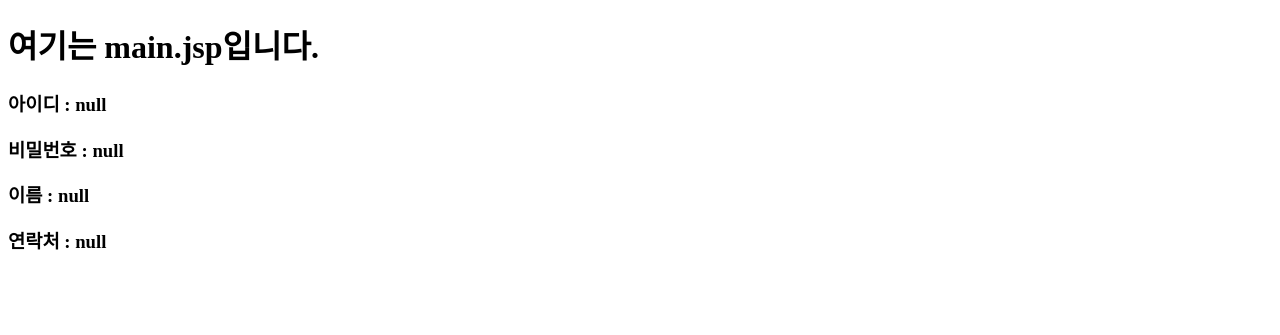
Repository: dychung1021/newrepository
Page: http://localhost/JSP05/main.jsp
These files come from the project's save history. The page is drawn as it stood at one moment and after the next save; the edit follows.
The browser window is 1280 px wide. The pictures show the whole page.
The page is served by Tomcat 9.

Above is the page before, as saved 2024-05-10 04:51:15.

After the next save:
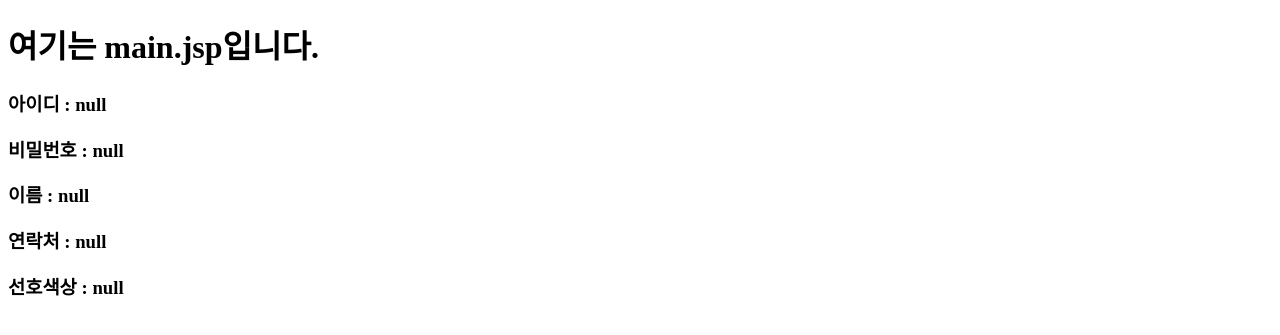
Saved 9 min 25 s later.
--- a/JSP/JSP05/src/main/webapp/main.jsp
+++ b/JSP/JSP05/src/main/webapp/main.jsp
@@ -13,10 +13,13 @@
 			String pass=request.getParameter("pw");
 			String user_name=request.getParameter("nm");
 			String user_phone=request.getParameter("phone");
+			String bg=request.getParameter("c");
 		%>
 		<h3>아이디 : <%=user %></h3>
 		<h3>비밀번호 : <%=pass %></h3>
 		<h3>이름 : <% out.print(user_name); %></h3>
 		<h3>연락처 : <% out.print(user_phone); %></h3>
+		<h3>선호색상 : <%=bg %></h3>
+		<div style="width:200px; height:200px; background-color:<%=bg%>;"></div>
 	</body>
 </html>
